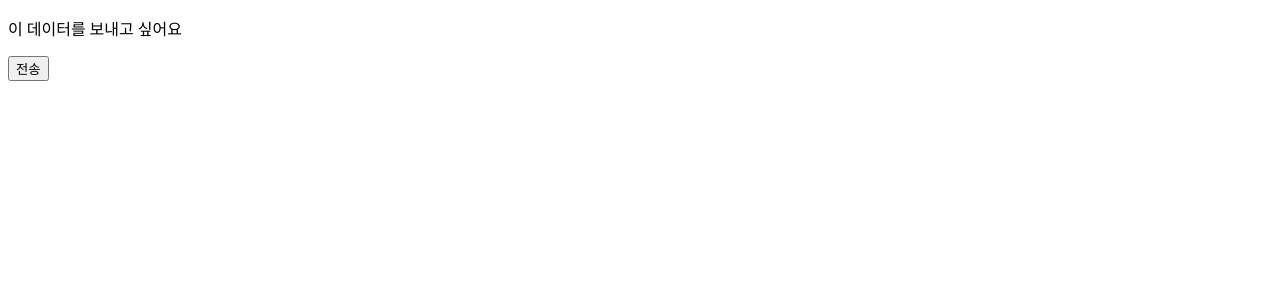
Repository: MySunTY/JSP
Page: http://localhost/JSP06/
An editor plug-in stored every save of this project. The page is shown before and after the next save, followed by the edit.
The browser window is 1280 px wide. The pictures show the whole page.
The page is served by Tomcat 9.

Above is the page before, as saved 2024-05-10 06:40:42.

### JSP06/src/main/webapp/index.jsp
<%@ page language="java" contentType="text/html; charset=utf-8"
    pageEncoding="utf-8"%>
<!DOCTYPE html>
<html>
	<head>
		<meta charset="utf-8">
		<title>일반 태그의 값 전송</title>
	</head>
	<body>
		<form method="post" action="next.jsp">
			<p>이 데이터를 보내고 싶어요</p>
			<input type="hidden" value="" name="data">
			<input type="submit" value="전송">


		</form>
		<script>
			let ptag = document.getElementsByTagName("p")[0];
			let value = ptag.innerHTML;
			console.log(value);

			let hidden = document.getElementsByTagName("input")[0];
			hidden.value = value;
		</script>

	</body>
</html>

After the next save:
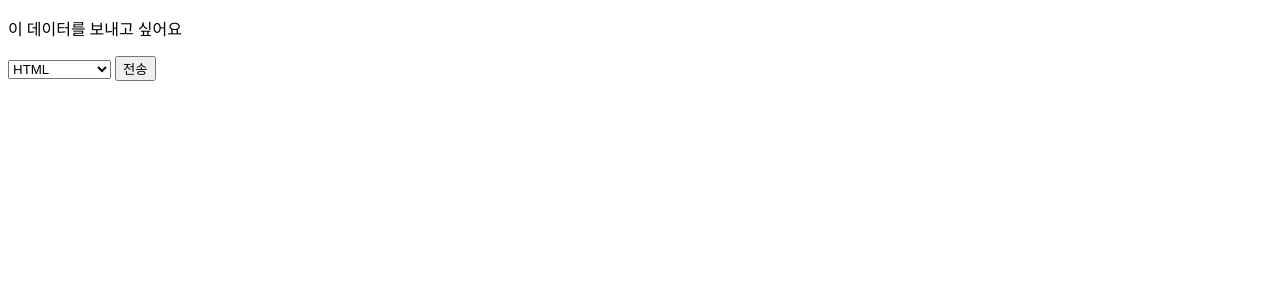
Saved 5 min 44 s later.
--- a/JSP06/src/main/webapp/index.jsp
+++ b/JSP06/src/main/webapp/index.jsp
@@ -10,6 +10,14 @@
 		<form method="post" action="next.jsp">
 			<p>이 데이터를 보내고 싶어요</p>
 			<input type="hidden" value="" name="data">
+			<select>
+				<option>HTML</option>
+				<option>JAVA</option>
+				<option>CSS</option>
+				<option>JAVASCRIPT</option>
+
+
+			</select>
 			<input type="submit" value="전송">
 
 
